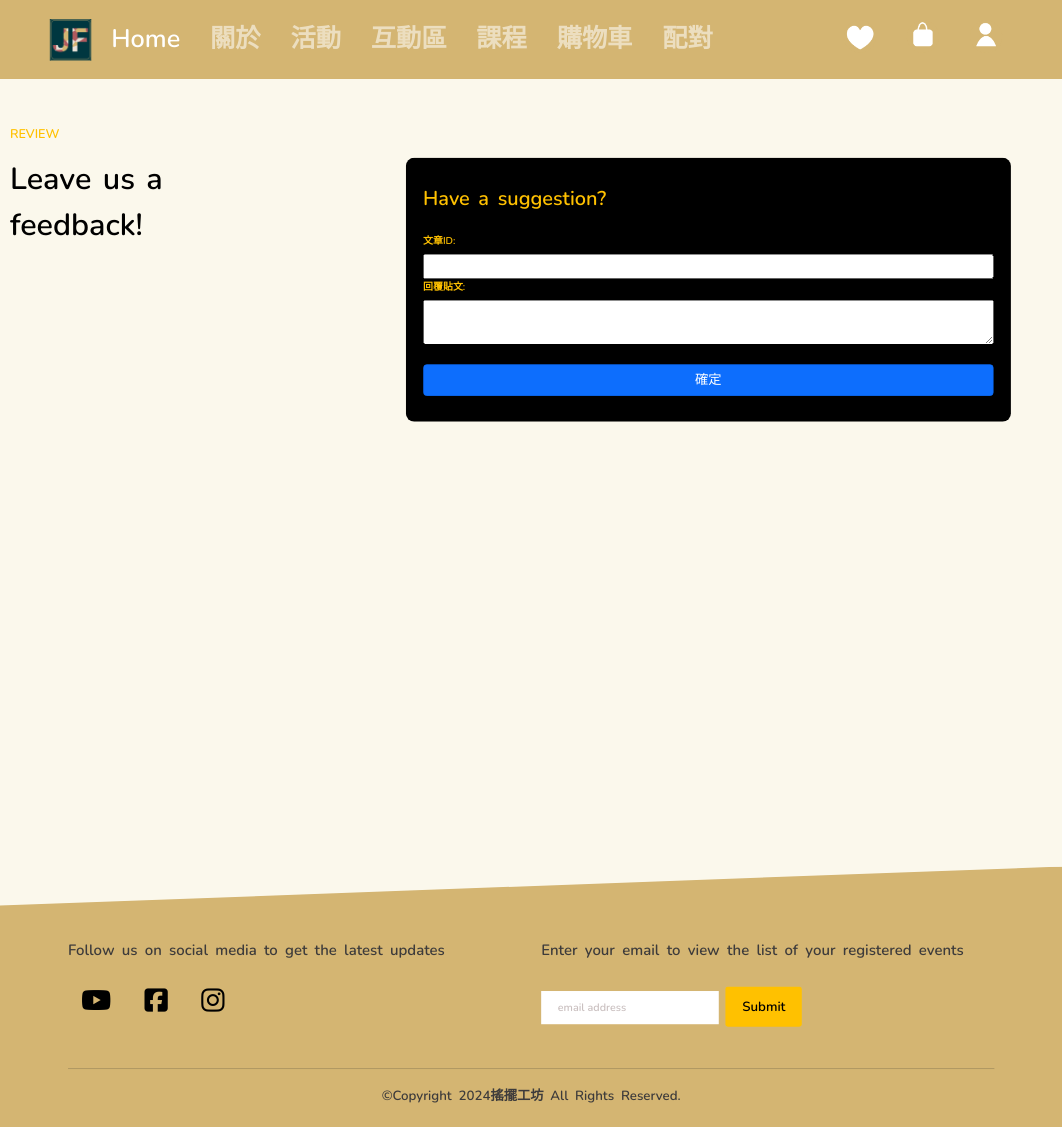
Repository: mmmooonnn0211/project
Page: workspace/demoSpringBoot-1/src/main/resources/static/html/ReplyInsertFront.html
An editor plug-in stored every save of this project. The page is shown before and after the next save, followed by the edit.
The browser window is 1280 px wide. The pictures show the whole page, at 83% of full size.
Some web libraries are served in a nearby version.

Above is the page before, as saved 2024-05-07 18:03:50.

### workspace/demoSpringBoot-1/src/main/resources/static/html/ReplyInsertFront.html
<!DOCTYPE html>
<html lang="en">

<head>
	<meta charset="UTF-8">
	<meta name="viewport" content="width=device-width, initial-scale=1.0">
	<style>
		.main {
			min-height: 55vh;
			/* 让 .slant 至少占据整个视口高度 */

		}
	</style>
	<!-- Bootstrap CSS -->
	<link href="https://cdn.jsdelivr.net/npm/bootstrap@5.0.0-beta3/dist/css/bootstrap.min.css" rel="stylesheet"
		integrity="sha384-eOJMYsd53ii+scO/bJGFsiCZc+5NDVN2yr8+0RDqr0Ql0h+rP48ckxlpbzKgwra6" crossorigin="anonymous">
	<script src="https://kit.fontawesome.com/4287c80df9.js" crossorigin="anonymous"></script>

	<!--Google Font : Nunito-->
	<link rel="preconnect" href="https://fonts.gstatic.com">
	<link href="https://fonts.googleapis.com/css2?family=Nunito:wght@600&display=swap" rel="stylesheet">

	<!-- For style(All CSS content) -->
	<link rel="stylesheet" type="text/css" href="../styles/home.css" />
	<link rel="stylesheet" type="text/css" href="../styles/footer.css" />
	<link rel="stylesheet" type="text/css" href="../styles/navbar.css" />
	<link rel="icon" href="images/favicon.ico">

	<!-- JS Bundle for BS  -->
	<script src="https://cdn.jsdelivr.net/npm/popper.js@1.16.1/dist/umd/popper.min.js"
		integrity="sha384-9/reFTGAW83EW2RDu2S0VKaIzap3H66lZH81PoYlFhbGU+6BZp6G7niu735Sk7lN" crossorigin="anonymous">
		</script>
	<title>範本</title>
</head>


<body>
	<form method="post" action="/ReplyinsertFront.controller" onsubmit="return validateForm();">
		<div class="container-fluid" style="margin-top: 150px;">
			<div class="row" style="margin-bottom: 100px; margin-top: 100px;">
				<div class="col-md-4" style="text-align: left;">
					<p class="review">REVIEW</p>
					<p class="feedback">Leave us a <br>feedback!</p>
				</div>
				<div class="col-sm-8">
					<div class="container" id="cards">
						<div class="card">
							<div id="sugg" class="neon-yellow">Have a suggestion?</div>
							<br>
							<div id="text" class="neon-yellow">文章ID:</div>
							<input id="LTId" name="LTId" />

							<div id="text" class="neon-yellow">回覆貼文:</div>
							<textarea id="replypost" name="replypost"></textarea>

							<br />
							<button type="submit" class="btn btn-primary">確定</button>
						</div>
					</div>
				</div>
			</div>
		</div>
	</form>


	</div>
	<!-- <section> -->
	<div class="main">
		<div class="container text-center">

		</div>
	</div>
	<script src="https://cdn.jsdelivr.net/npm/bootstrap@5.0.0-beta3/dist/js/bootstrap.bundle.min.js"
		integrity="sha384-JEW9xMcG8R+pH31jmWH6WWP0WintQrMb4s7ZOdauHnUtxwoG2vI5DkLtS3qm9Ekf" crossorigin="anonymous">
		</script>


	<div align="center"></div>
	<div class="container">
	</div>
	<script>
		function validateForm() {
			var replypostInput = document.getElementsByName('replypost')[0].value.trim();
			var userIdInput = document.getElementsByName('userId')[0].value.trim();
			var LTIdInput = document.getElementsByName('LTId')[0].value.trim();

			if (replypostInput === '' || userIdInput === '' || LTIdInput === '') {
				Swal.fire({
					icon: 'warning',
					title: '請輸入完整資訊😒',
					showConfirmButton: false,
					timer: 1500
				});
				return false;
			}
			return true;
		}
	</script>

	<script>

		fetch('basic.html')
			.then(response => response.text())
			.then(html => {
				document.body.innerHTML += html;
			});


	</script>
</body>

</html>

### workspace/demoSpringBoot-1/src/main/resources/static/styles/home.css
/* hiding vertical scroll bar from every page */
::-webkit-scrollbar {
  width: 0 !important
}




body {
  font-family: 'Nunito', sans-serif;
  background-color: #FBF8EC;
  word-spacing: 0.25rem;
}

::selection {
  color: black;
  background: #ffc100;
}

::placeholder {
  color: rgb(202, 192, 192);
}

.neon-yellow {
  color: #ffc100;
}

.working-heading {
  font-size: 2.3rem;
  font-weight: bold;
  color: black;
}


.date-style {
  font-weight: 850;
  padding: 0 0 0.3rem 0;
}

.sub-heading {
  font-size: 1.5rem;
  font-weight: 1000;
  padding: 0 0 0.3rem 0;
}

.small-subtext {
  color: black;
  font-weight: 700;
  font-size: 1rem;
}

.process-heading {
  font-weight: 1000;
  font-size: 0.95rem;
}

.eng,
.feedback,
.some {
  font-size: 2.3rem;
  font-weight: 1000;
  color: black;
}

.center-line {
  border-left: 0.58rem solid #ffc100;
  height: 110%;
  position: absolute;
  top: 0%;
  left: 0%;
}

.padding-for-mobile {
  padding: 0 1rem 2rem 4rem;
  text-align: left;
  /*background-color:  white;*/
}

.stickyy-corner {
  position: -webkit-sticky;
  position: sticky;
  top: 0;
}

.timeline-left-style {
  color: black;
  text-align: right;
  padding: 0 4rem 0 5.2rem;
}

.timeline-right-style {
  color: black;
  text-align: left;
  position: relative;
  padding: 0 5.2rem 0 4rem;
  overflow-y: hidden;
}

.d-block {
  margin-top: 2%;
  border-radius: 7px;
  border: 3px solid rgb(245, 241, 241);
  width: 100%;
}

.chess,
.review,
.event {
  color: #ffc100;
  font-weight: 850;
  font-size: 0.95rem;
}


#text {
  font-weight: 850;
  font-size: 0.75rem;
  margin-bottom: 7px;
}

#sugg {
  font-size: 1.5rem;
  font-weight: 1000;
}

#btn {
  background-color: #ffc100;
  color: rgb(0, 0, 0);
  padding: 10px 20px;
  text-align: center;
  border: none;
  border-radius: 3px;
  display: block;
  margin: auto;
  margin-top: 15px;
  font-weight: bold;
}


#box,
#msg {
  background-color: #DDDDDD;
  border-radius: 3.5px;
  border: none;
  margin-bottom: 12px;
  width: 100%;
}

#msg {
  height: 120px;
}

#box {
  height: 35px;
}

#spon {
  color: black;
  margin-top: 60px;
  display: flex;
  justify-content: space-evenly;
  align-items: center;
  font-weight: bold;
  margin-bottom: 20px;
}

.image {
  height: 100px;
}

.image3 {
  height: 250px;
  overflow-y: hidden;
}

.pic1,
.pic2 {
  font-weight: bold;
  font-size: medium;
}

.pic1 {
  margin-top: 20px;
}

.column {
  display: flex;
  flex-direction: column;
  justify-content: space-evenly;
  align-items: center;
}

.columns {
  display: flex;
  flex-direction: column;
  justify-content: center;
  align-items: flex-start;
}

.pic2 {
  color: gray;
  font-size: small;
}

.event,
.some,
.last,
.pic,
.pic1,
.pic2 {
  display: flex;
  justify-content: space-evenly;
  align-items: center;
}

.subhead {
  color: black;
  font-size: 3rem;
  overflow-y: hidden;
}

.active {
  color: #ffc100;
}

.active:hover {
  color: #ffc100;
}

p {
  color: black;
}

.title-img {
  width: 25%;
  margin-left: 8%;
  transform: rotate(10deg);
}

.hover {
  color: #ffc100;
}

.title-img3 {
  width: 25%;
  transform: rotate(-10deg);
}

.title-img2 {
  width: 35%;
  padding-right: 5%;
  padding-left: 5%;


}

.carousel-img-styles {
  border: 0.13rem solid black;
  border-radius: 1rem;
}

h1 {
  font-size: 5rem;
  line-height: 1.5;
  font-weight: 900;
}

#title {
  margin-bottom: 11rem;
}

.col-lg-3 {
  padding-left: 3rem;
}

.ex-btn {
  margin-top: 2.5rem;
  margin-bottom: 30px;
}

.carousel-container {
  width: 55%;
}

#cards {
  padding: 10px 50px;
}

.card {
  background-color: black;
  border-radius: 10px;
  /* display: block;
    margin: auto;
    font: 16px;
    width:55%; */
  padding: 30px 20px;

}

@media only screen and (max-width: 767px) {
  .small-subtext {
    font-size: 0.8rem;
  }

  .padding-for-mobile {
    padding: 0 0 4rem 2rem;
  }

  /*
  .sticky-corner {
    position: static;
  }
  */
  #cards {
    padding: 0px 20px;
  }


  .sub-heading {
    font-size: 1.3rem;
  }

  .process-heading {
    font-size: 0.85rem;
  }

  .working-heading {
    font-size: 1.5rem;
  }

  .timeline-left-style {
    padding: 0 2.5rem 0 3rem;
  }

  .timeline-right-style {
    padding: 0 3rem 0 2.5rem;
  }

  #spon {
    font-size: 1.5rem;
  }

  .some,
  .eng,
  .feedback {
    font-size: 1.5rem;
  }

  .card {
    width: 100%;
  }

  .pic {
    flex-direction: column;
  }

  .carousel-container {
    width: 85%;
  }
}

@media only screen and (max-width: 575px) {

  .title-img,
  .title-img3 {
    display: none;
  }

  .title-img2 {
    display: block;
    margin: auto;
    width: 100%;
    padding: 50px;
  }
}

@media only screen and (max-width: 375px) {


  .date-style {
    font-size: 0.8rem;
  }

  .sub-heading {
    font-size: 0.9rem;
  }

  .small-subtext {
    font-size: 0.7rem;
  }

  .timeline-left-style {
    padding: 0 1.6rem 0 2rem;
  }

  .timeline-right-style {
    padding: 0 2rem 0 2rem;
  }
}

### workspace/demoSpringBoot-1/src/main/resources/static/styles/footer.css
/*
hiding vertical scroll bar from every page
*/
::-webkit-scrollbar {
    width: 0 !important
}




.slant {
    /* width: 110%;
    background-color: #DDDDDD;
    transform: rotate(-3deg);
    height: 100px; */
    clip-path: polygon(0 15%, 100% 0, 100% 100%, 0 100%);
  }

  .container{
    margin-top: 30px;
  }

  .left, .right {
    font-size: large;
    font-weight: bold;
    margin-top: 50px;
    color: rgb(61, 59, 59);
    margin-bottom: 30px;
  }

  .below {
    background-color:#D4B572;
    position: relative;
    padding-top: 8px;
    padding-bottom: 6px;
    width: 100%;
    height: 100%;
  }

  #mail {
    border: none;
    height: 30px;
    padding: 20px;
    font-size: small;
    font-weight: bold;
  }

  #bttn {
    background-color: #ffc100;
    color: black;
    padding: 12px 20px;
    text-align: center;
    border: none;
    border-radius: 3px;
    font-weight: bold;
  }


  .fa-youtube:hover{
    color: rgb(230, 59, 59);
    transition: 0.5s;
  }

  .fa-twitter:hover, .fa-facebook-square:hover{
    color: rgba(18, 212, 212, 0.596);
    transition: 0.5s;
  }

  .fa-instagram:hover{
    color: rgb(218, 30, 61);
    transition: 0.5s;
  }

  .fa-github{
    color: rgb(43, 36, 36);
    transition: 0.5s;
  }

  .fab {
    padding: 0 1rem 0 1rem;
    font-size: 2rem;
    color: black;
  }

  .last {
    font-weight: 900;
    color: rgb(61, 59, 59);
    margin: 20px;
    display: flex;
  justify-content: space-evenly;
  align-items: center;
  }

  @media only screen and (max-width: 767px) {
    .slant{
      clip-path: polygon(0 5%, 100% 0, 100% 100%, 0 100%);
    }
  }

  @media only screen and (max-width: 375px) {
    .slant{
      clip-path: polygon(0 5%, 100% 0, 100% 100%, 0 100%);
    }
  }

### workspace/demoSpringBoot-1/src/main/resources/static/styles/navbar.css
/* 鼠標移動導覽列*/
.nav-item :hover {
  color: rgb(255, 128, 128);
  cursor: pointer;
  background-color: #B15A5E;
  border-radius: 10px;
}

.navbar a {
  color: #ff2600a2;
  border-radius: 10px;
}


.navbar {
  padding: 1rem 2rem;
  position: fixed;
  z-index: 100;
  width: 100%;
  margin: 0;
  top: 0;
  left: 0;
  background-color: #D4B572;
}

.nav-item {
  padding: 0 20px 0 0;
}

.nav-link {
  font-size: 1.9rem;
  font-weight: 900;

}


.dropdown-item,
.dropdown-menu {
  background-color: #B15A5E;
  color: #BF3F41;
  ;
  margin: 0;
}






.dropdown-menu a {
  color: white;
  ;
  text-decoration: none;
  display: block;
  text-align: left;
}

### workspace/demoSpringBoot-1/src/main/resources/static/html/basic.html
<!doctype html>
<html lang="en">

<head>
    <!-- Required meta tags -->
    <meta charset="utf-8">
    <meta name="viewport" content="width=device-width, initial-scale=1">




    <title>JFSwing</title>
</head>

<body>

    <!-- Shashank's Section -->
    <!-- <section class="title"> -->
    <!-- Navbar section -->
    <nav class="navbar navbar-expand-lg navbar-dark">
        <!-- <LOGO> -->
        <div class="container-fluid">
            <div width="50px" height="50px">
                <a class="m-3" href="index.html"> <img src="../images/LOGO.png" width="50px" height="50px"
                        alt="Eternals">
                </a>
                <button class="navbar-toggler" type="button" data-bs-toggle="collapse" data-bs-target="#navbarCollapse"
                    aria-controls="navbarCollapse" aria-expanded="false" aria-label="Toggle navigation">
                    <span class="navbar-toggler-icon"></span>
                </button>
            </div>
            <div class="collapse navbar-collapse" id="navbarCollapse">
                <ul class="navbar-nav ">
                    <li class="nav-item">
                        <a class="nav-link active" href="frontPage.html">Home </a>
                    </li>
                    <li class="nav-item">
                        <a class="nav-link" href="about.html">關於</a>
                    </li>
                    <li class="nav-item">
                        <a class="nav-link" href="EventAll.html">活動</a>
                    </li>
                    <li class="nav-item">
                        <a class="nav-link" href="/LTSelectAll2">互動區</a>
                    </li>
                    <li class="nav-item">
                        <a class="nav-link" href="contact.html">課程</a>
                    </li>
                    <li class="nav-item">
                        <a class="nav-link" href="">購物車</a>
                    </li>
                    <li class="nav-item">
                        <a class="nav-link" href="">配對</a>
                    </li>

                </ul>

            </div>

            <!-- <右上角的東西> -->
            <div class="navbar-nav justify-content-end">
                <ul class="navbar-nav">
                    <li class="nav-item">
                        <div class="m-2 rounded-circle overflow-hidden align-self-center ratio ratio-1x1"
                            style="width: 40px">
                            <img src="../images/LOVE.png" alt="" class="object-fit-cover w-100 h-100" />
                        </div>
                    </li>
                    <li class="nav-item">
                        <div class="m-2 rounded-circle overflow-hidden align-self-center ratio ratio-1x1"
                            style="width: 40px">
                            <img src="../images/SHOP.png" alt="" class="object-fit-cover w-100 h-100" />
                        </div>
                    </li>
                    <li class="nav-item">
                        <a href="#" target="_blank"
                            class="m-2 rounded-circle overflow-hidden align-self-center ratio ratio-1x1"
                            style="width: 40px; display: inline-block;">
                            <img src="../images/MAN.png" alt="Facebook" class="object-fit-cover w-100 h-100" />
                        </a>
                    </li>

                </ul>

            </div>
        </div>
    </nav>

    <!-- Title -->
    <!-- <中間> -->



    <!-- footer-->
    <div class="slant footer-content mt-auto">

        <footer class="below">
            <div class="container">
                <div class="row">
                    <div class="col-lg-6">
                        <p class="left">Follow us on social media to get the latest updates</p>
                        <a href="#"><i class="fab fa-youtube"></i></a>
                        <a href="https://www.facebook.com/apple.hi.77?mibextid=kFxxJD"><i
                                class="fab fa-facebook-square"></i></a>
                        <a href="#"><i class="fab fa-instagram"></i></a>

                    </div>
                    <div class="col-lg-6">
                        <p class="right">Enter your email to view the list of your registered events</p>
                        <input id="mail" placeholder="email address">
                        <span><button id="bttn">
                                Submit </button></span>
                    </div>
                </div>
                <hr style="margin-top: 50px;">
            </div>
            <div class="last">&copy;Copyright 2024搖擺工坊 All Rights Reserved.</div>
        </footer>

    </div>



</body>

</html>

After the next save:
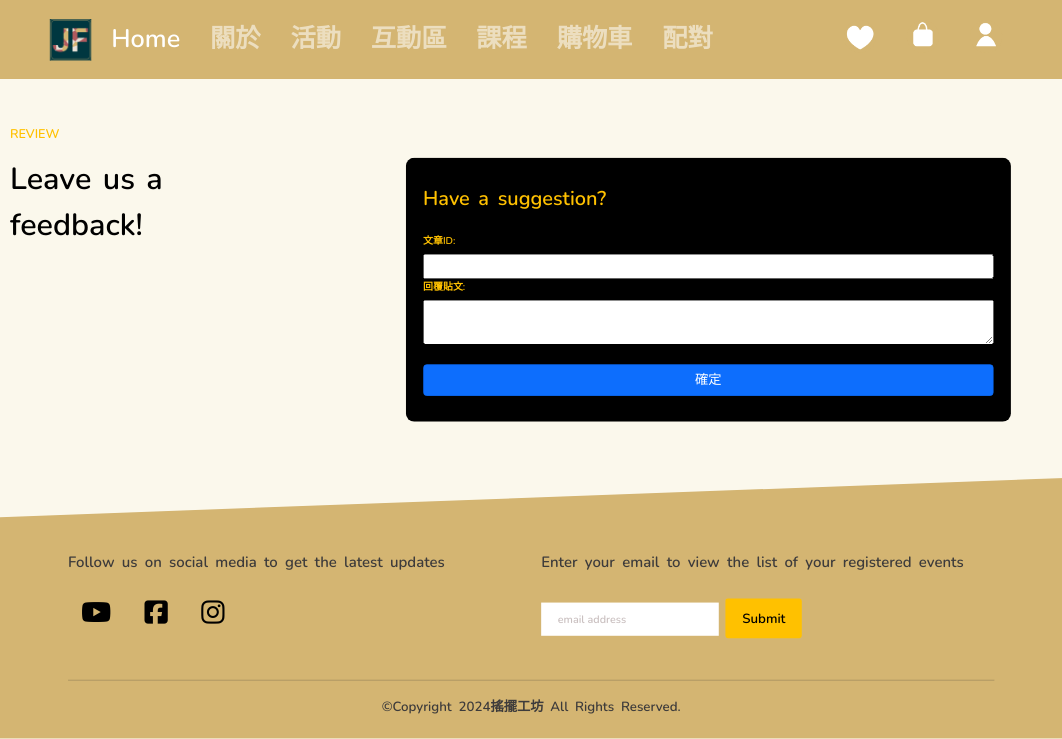
Saved 82 s later.
--- a/workspace/demoSpringBoot-1/src/main/resources/static/html/ReplyInsertFront.html
+++ b/workspace/demoSpringBoot-1/src/main/resources/static/html/ReplyInsertFront.html
@@ -35,40 +35,40 @@
 
 
 <body>
-	<form method="post" action="/ReplyinsertFront.controller" onsubmit="return validateForm();">
-		<div class="container-fluid" style="margin-top: 150px;">
-			<div class="row" style="margin-bottom: 100px; margin-top: 100px;">
-				<div class="col-md-4" style="text-align: left;">
-					<p class="review">REVIEW</p>
-					<p class="feedback">Leave us a <br>feedback!</p>
-				</div>
-				<div class="col-sm-8">
-					<div class="container" id="cards">
-						<div class="card">
-							<div id="sugg" class="neon-yellow">Have a suggestion?</div>
-							<br>
-							<div id="text" class="neon-yellow">文章ID:</div>
-							<input id="LTId" name="LTId" />
+	<div class="main">
+		<form method="post" action="/ReplyinsertFront.controller" onsubmit="return validateForm();">
+			<div class="container-fluid" style="margin-top: 150px;">
+				<div class="row" style="margin-bottom: 100px; margin-top: 100px;">
+					<div class="col-md-4" style="text-align: left;">
+						<p class="review">REVIEW</p>
+						<p class="feedback">Leave us a <br>feedback!</p>
+					</div>
+					<div class="col-sm-8">
+						<div class="container" id="cards">
+							<div class="card">
+								<div id="sugg" class="neon-yellow">Have a suggestion?</div>
+								<br>
+								<div id="text" class="neon-yellow">文章ID:</div>
+								<input id="LTId" name="LTId" />
 
-							<div id="text" class="neon-yellow">回覆貼文:</div>
-							<textarea id="replypost" name="replypost"></textarea>
+								<div id="text" class="neon-yellow">回覆貼文:</div>
+								<textarea id="replypost" name="replypost"></textarea>
 
-							<br />
-							<button type="submit" class="btn btn-primary">確定</button>
+								<br />
+								<button type="submit" class="btn btn-primary">確定</button>
+							</div>
 						</div>
 					</div>
 				</div>
 			</div>
-		</div>
-	</form>
+		</form>
 
 
 	</div>
 	<!-- <section> -->
-	<div class="main">
-		<div class="container text-center">
+	<div class="container text-center">
 
-		</div>
+	</div>
 	</div>
 	<script src="https://cdn.jsdelivr.net/npm/bootstrap@5.0.0-beta3/dist/js/bootstrap.bundle.min.js"
 		integrity="sha384-JEW9xMcG8R+pH31jmWH6WWP0WintQrMb4s7ZOdauHnUtxwoG2vI5DkLtS3qm9Ekf" crossorigin="anonymous">
